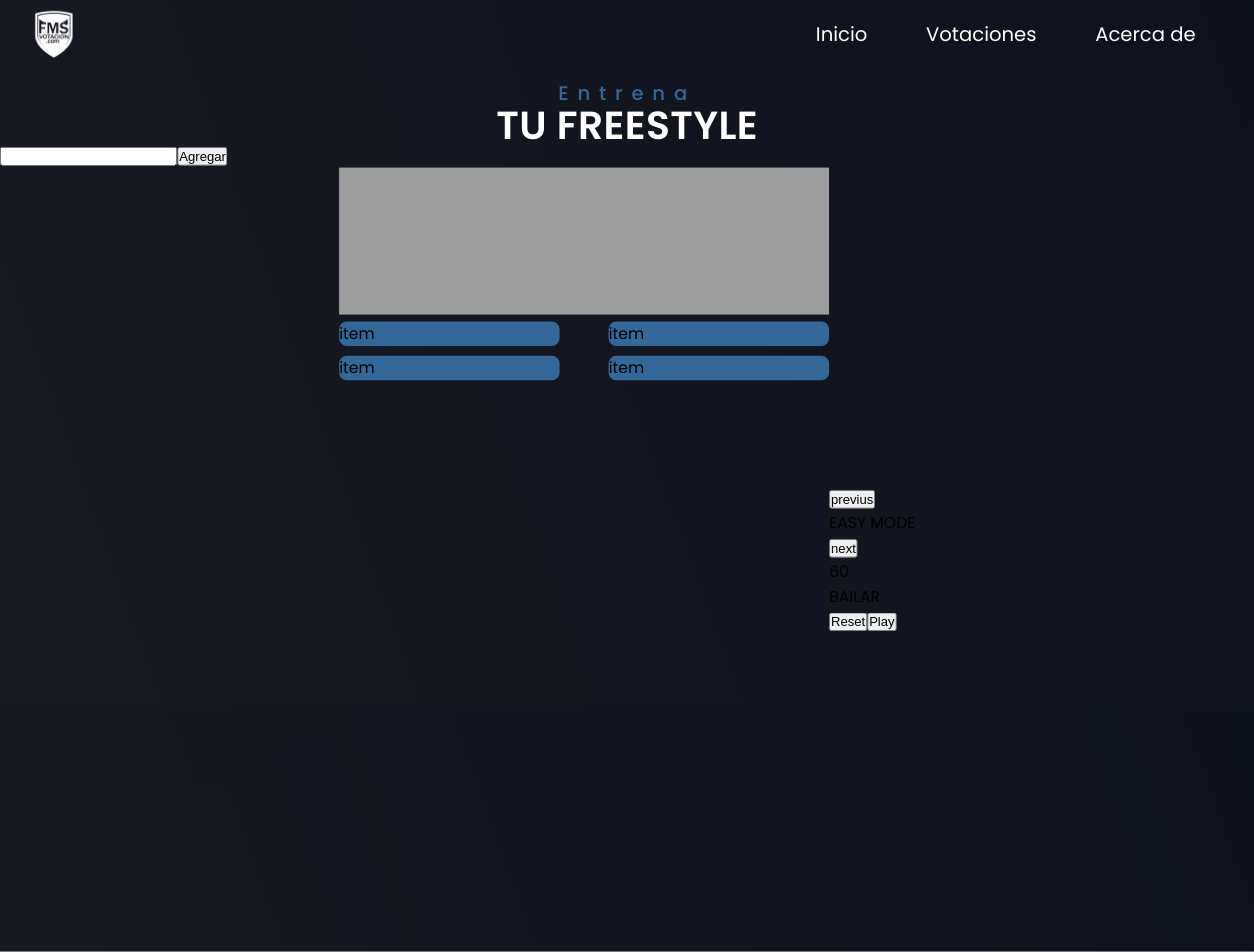
Repository: ezegonzalez912/fmsvotacion2
Page: /practice
These files come from the project's save history. The page is drawn as it stood at one moment and after a run of saves; the edit follows.
The browser window is 1280 px wide. The pictures show the whole page, at 98% of full size.
Pictures or frames that could not be fetched are drawn as grey boxes. The page's requests for data from a server got no answer. The project was rebuilt for these pictures with package versions that can differ from the ones it lists, and the page was loaded fresh each time. No one was signed in, and anything a server would have sent is missing. Also part of the build but not shown: src/components/screens/AboutScreen.js, src/components/Error.js, src/components/Apoya.js, src/components/screens/MainScreen.js, src/components/Contexts/CompContext.js, src/helpers/valueCheck.js, src/helpers/valueCheck2.js, src/hooks/useVote.js and 42 more.

Above is the page before, as saved 2021-08-15 00:49:30.

### public/index.html
<!DOCTYPE html>
<html lang="en">
  <head>
    <meta charset="utf-8" />
    <link rel="icon" href="%PUBLIC_URL%/favicon.ico" />
    <meta name="viewport" content="width=device-width, initial-scale=1" />
    <meta name="theme-color" content="#000000" />
    <meta
      name="description"
      content="Vota batallas con formato FMS desde un solo lugar, de manera sencilla, sin la necesesidad de descargar nada.
              COMO VOTAR FMS ARGENTINA CHILE PERU MEXICO COLOMBIA INTERNACIONAL ESPAÑA BNET DESCARGAR COMO VOTAR FMS ONLINE WOS FINAL FMS INTERNACIONAL RED BULL DECIMALES
              2021 2018 FORMATO FMS"
    />
    <link rel="apple-touch-icon" href="%PUBLIC_URL%/logo192.png" />
    <!--
      manifest.json provides metadata used when your web app is installed on a
      user's mobile device or desktop. See https://developers.google.com/web/fundamentals/web-app-manifest/
    -->
    <link rel="manifest" href="%PUBLIC_URL%/manifest.json" />
    <link rel="preconnect" href="https://fonts.googleapis.com">
    <link rel="preconnect" href="https://fonts.gstatic.com" crossorigin>
    <link rel="stylesheet" href="https://cdnjs.cloudflare.com/ajax/libs/animate.css/4.1.1/animate.min.css" />
    <link href="https://fonts.googleapis.com/css2?family=Poppins:wght@100;200;300;400;500;600&display=swap" rel="stylesheet">
    <title>FMS Votación</title>
    <script data-ad-client="ca-pub-5177858250142548" async src="https://pagead2.googlesyndication.com/pagead/js/adsbygoogle.js"></script>
  </head>
  <body>
    <noscript>You need to enable JavaScript to run this app.</noscript>
    <div id="root"></div>
    <!--
      This HTML file is a template.
      If you open it directly in the browser, you will see an empty page.

      You can add webfonts, meta tags, or analytics to this file.
      The build step will place the bundled scripts into the <body> tag.

      To begin the development, run `npm start` or `yarn start`.
      To create a production bundle, use `npm run build` or `yarn build`.
    -->
  </body>
</html>

### src/styles/app.scss
@forward "./settings/main";
@forward "./components/menu";
@forward "./components/mode";
@forward  "./components/subtitles-mode";
@forward "./components/modal";
@forward "./components/navbar";
@forward "./components/screens";
@forward "./components/videoAndVote";
@forward "./components/searchVideo";
@forward "./components/error";
@forward "./components/votedSaveds";
@forward "./components/about";
@forward "./components/apoya";
@forward "./components/practice";
@forward "./settings/settings";

### src/styles/settings/_main.scss
@use "../settings/colors" as c;

body, html{
    background: c.$gradient-primary;
    margin: 0;
    height: auto;
    width: auto;
    box-sizing: border-box;
    font-family: 'Poppins', sans-serif;
}

*{
    margin: 0;
    padding: 0;
    box-sizing: border-box;
}

*::-webkit-scrollbar {
    width: 8px;     /* Tamaño del scroll en vertical */
    height: 8px;    /* Tamaño del scroll en horizontal */
}

*::-webkit-scrollbar-thumb {
    background: rgba(43, 42, 42, 0.267);
    border-radius: 4px;
    box-shadow: 0px 0px 6px rgba(0, 0, 0, 0.315);
}

*::-webkit-scrollbar-track {
    background: c.$dark-primary;
    box-shadow: 0px 0px 6px rgba(0, 0, 0, 0.158);
}

*{
    scroll-behavior: smooth;
}

@media (max-width:280px){
    body, html{
        background: c.$dark-primary;
    }
}

### src/styles/settings/_colors.scss
$primary: #346899;
$secundary: #244463;
// $dark-primary: #1a1a1b;
// $dark-secundary: #242425;
$border: rgba(255, 255, 255, 0.5);
//$gradient-primary: linear-gradient(250.3deg, rgb(24, 24, 24), #242425);
$gradient-primary: linear-gradient(250.3deg, #0E121C, #191A22);
$dark-primary: #16181f;
$dark-secundary: #1d1f25;

### src/styles/settings/_mixins.scss
@use "../settings/colors" as c;

@mixin center($direction) {
    align-items: center;
    display: flex;
    flex-direction: $direction;
    justify-content: center;
}

@mixin input {
    border-style: none;
    outline: none;
    color: white;
    border-radius: 8px;
    font-size: 18px;
    font-weight: 600;
    text-align: center;
    width: 27px;
    height: 27px;
}

@mixin inputNormal {
    border-style: none;
    outline: none;
    cursor: pointer;
    border-radius: 8px;
    font-size: 14px;
    transition: .2s;
}

### src/styles/components/_mode.scss
@use "../settings/colors" as c;
@use "../settings/mixins" as m;

.mode__main{
    display: flex;
    justify-content: space-evenly;
    align-items: center;
    width: 100%;
    height: auto;
    box-sizing: border-box;
    p{
        width: 12%;
        margin: 0;
    }
}

.mode__name{
    @include m.inputNormal;
    cursor: text;
    padding: 3px 0;
    text-align: center;
    background-color: c.$dark-secundary;
    border: 1px solid c.$border;
    color: white;
    width: 17%;
    margin: 0;
    &:focus{
        border: 1px solid c.$primary;
    }
}

.mode__input{
    @include m.input;
    margin: 0 3px;
    background-color: c.$dark-secundary;
}

.mode__input2{
    @include m.input;
    margin: 0 3px 0 10px;
    background-color: c.$dark-secundary;
}

.mode__inputRes{
    @include m.center(column);
}

.mode__checkbox{
    height: 15px;
    margin: 3px 0 0 0;
    color: red;
}

.mode__total{
    @include m.input;
    background-color: c.$dark-secundary;
    color: white;
    margin-left: 10px;
    font-size: 13px;
    width: 35px;
}

.mode__res{
    @include m.center(row)
}

.mode__resultado{
    @include m.center(row);
    justify-content: space-evenly;
    width: 100%;
    p{
        margin: 0 0 5px 0;
    }
    div {
        @include m.center(column);
    }
}

.mode__resultado-subtitle{
    margin: 0;
    color: c.$primary;
    font-weight: 600;
    letter-spacing: .45px;
}

### src/styles/components/_subtitles-mode.scss
@mixin default($padding) {
    display:flex;
    justify-content: flex-end;
    width: 100%;
    text-align: right;
    padding-right: $padding;
    p{
        font-size: 10px;
        font-weight: 300;
        margin-top: 0;
        margin-bottom: 0;
    }
}

.subtitle_4{
    margin-left: 7px;
}
.subtitle_3{
    margin-left: 5px;
}
.subtitle_2{
    margin-left: 4px;
}

.menu__easy-subtitle{
    @include default(72px);
}

.menu__hard-subtitle{
    @include default(83px);
}

.menu__tematica-subtitle{
    @include default(104px);
}

.menu__random-subtitle{
    @include default(60px);
}

.menu__sangre-subtitle{
    @include default(82px);
}

.menu__deluxe-subtitle{
    @include default(22px);
}

### src/styles/components/_modal.scss
@use "../settings/colors" as c;
@use "../settings/mixins" as m;

.modal__main{
    display: none;
    top: 0;
    left: 0;
    position: fixed;
    height: 100%;
    width: 100%;
    background-color: rgba(16, 16, 22, 0.664);
    z-index: 999;
    text-align: center
}

.modal__main-open{
    @include m.center(column);
}

.modal__container{
    @include m.center(column);
    background-color: c.$dark-primary;
    border: 1px solid c.$border;
    border-radius: 8px;
    color: white;
    padding: 20px;
    width: 300px;
    p{
        margin: 0 10px 20px 10px;
    }
    label{
        font-size: 13px;
        display: flex;
        width: 100%;
        padding-left: 10px;
    }
}

@mixin button{
    @include m.inputNormal;
    padding: 8px;
    color: white;
    border: 1px solid c.$border;
    margin: 0 5px;
    background-color: c.$dark-secundary;
}

.modal__button{
    @include button;
    &:hover{
        background-color: c.$primary;
    }
}

.modal__input{
    @include m.inputNormal;
    border: 1px solid c.$border;
    background-color: c.$dark-primary;
    padding: 10px;
    color: white;
    width: 100%;
    margin-bottom: 10px;
    box-sizing: border-box;
    cursor: text;
    &:focus{
        border: 1px solid c.$primary;
    }
}

@media (max-width:300px){
    .modal__container{
        width: 95%;
    }
}

### src/styles/components/_navbar.scss
@use "../settings/colors" as c;
@use "../settings/mixins" as m;

.navBar__cotainer{
    @include m.center(row);
    position: absolute;
    top: 0;
    justify-content: space-between;
    box-sizing: border-box;
    padding: 10px 30px;
    height: 70px;
    width: 100%;
    min-width: 280px;
    box-sizing: border-box;
    z-index: 800;
    a{
        height: 100%;
        z-index: 900;
        img{
            z-index: 900;
            height: 100%;
        }
    }
    .navBar__text{
        a{
            font-size: 20px;
            text-decoration: none;
            color: white;
            padding: 5px 30px;
            transition: .2s;
            &:hover{
                color: c.$primary;
            }
        }
    }
}

.navBar__menu{
    display: none;
    justify-content: center;
    align-items: center;
    z-index: 500;
    height: 50px;
    width: 50px;
    border-radius: 50px;
    transition: .2s;
    &:hover{
      background: c.$primary;
    }
    svg{
        font-size: 35px;
        color: white;
        cursor: pointer;
    }
}

.navBar__menu-list{
    display: none;
    z-index: 400;
    background: c.$dark-secundary;
    box-shadow: 0px 0px 6px rgba(0, 0, 0, 0.315);
    position: absolute;
    top: 0;
    right: 0;
    flex-direction: column;
    box-sizing: border-box;
    width: 100%;
    justify-content: flex-start;
    align-items: center;
    padding-top: 70px;
    a{
        width: 100%;
        text-align: center;
        text-decoration: none;
        color: white;
        padding: 15px 0;
        border-bottom: 1px solid c.$dark-primary;
        transition: .2s;
        &:hover{
            background: c.$dark-primary;
        }
    }
}

@media (max-width:900px){
    .navBar__menu{
        display: flex;
    }
    .navBar__menu-list{
        display: flex;
    }
    .navBar__text{
        display: none;
    }
    .navBar__cotainer{
        padding: 10px 20px;
    }
}
@media (max-width:700px){
    .navBar__cotainer{
        padding: 10px 15px;
    }
}
@media (max-width:600px){
    .navBar__cotainer{
        padding: 10px 10px;
    }
}
@media (max-width:500px){
    .navBar__cotainer{
        padding: 10px 5px;
    }
}

### src/styles/components/_screens.scss
@use "../settings/colors" as c;
@use "../settings/mixins" as m;

.screen__main{
    box-sizing: border-box;
    min-height: 600px;
    min-width: 280px;
    height: 100vh;
    width: 100%;
}

.screen__vote{
    margin-top: 70px;
    width: 100%;
    display: flex;
    justify-content:center;
    align-items: center;
    height: 100vh;
    min-height: 400px;
    min-width: 280px;
}

.vote-window__screen{
    @include m.center(column);
    height: 100vh;
    width: 100%;
}

.about__screen{
    position: relative;
    width: 100%;
    min-height: 100vh;
    height: auto;
    min-width: 280px;
}

.vote-saved__screen{
    min-width: 280px;
    height: auto;
    width: 100%;
    padding-top: 100px;
    padding-bottom: 130px;
    box-sizing: border-box;
    min-height: 100vh;
    @include m.center(column);
    justify-content: flex-start;
    gap: 50px;
    position: relative;
}

.screen__practice{
    padding-top: 80px;
    height: 100vh;
    width: 100%;
}

### src/styles/components/_videoAndVote.scss
@use "../settings/colors" as c;
@use "../settings/mixins" as m;

.videoAndVote__main{
    width: 100%;
    height: 100vh;
    display: flex;
    flex-direction: column;
    justify-content: center;
    align-items: center;
    gap: 5px;
    padding: 5px;
}

.video-player{
    width: 100%;
    height: 100%;
    iframe{
        border-radius: 8px;
    }
}

@media (max-width: 738px){
    .videoAndVote__main{
        padding: 0;
    }
    .video-player{
        iframe{
            border-radius: 0;
        }
    }
    .vote-app__scroll{
        box-sizing: border-box;
        width: 100%;
        overflow-x: scroll;
        overflow-y: hidden;
        min-height: 195px;
        display: flex;
        align-items: flex-start;
        padding: 0 5px;
    }
}

### src/styles/components/_searchVideo.scss
@use "../settings/colors" as c;
@use "../settings/mixins" as m;

.searchVideo__main{
    position: relative;
    @include m.center(column);
    height: 100%;
}

.searchVideo__title{
    @include m.center(column);
    color: white;
    p{
        color: c.$primary;
        font-size: 20px;
        letter-spacing: 0.45em;
    }
    h2{
        letter-spacing: 0.010em;
        font-size: 40px;
        font-weight: 600;
        text-align: center;
        line-height: 110%;
        margin-bottom: 10px;
    }
}

.searchVideo__form{
    display: none;
    border-radius: 20px;
    z-index: 200;
    @include m.center(row);
    box-shadow: 0px 0px 6px rgba(0, 0, 0, 0.315);
    input{
        @include m.inputNormal;
        border-radius: 20px 0 0 20px;
        width: 450px;
        padding: 0 10px;
        height: 40px;
        color: c.$dark-secundary;
        cursor: text;
        background: c.$primary;
        &::placeholder{
            letter-spacing: 0.6px;
            color: c.$dark-secundary;
            font-size: 15px;
        }
    }
    button{
        @include m.inputNormal;
        @include m.center(row);
        background: c.$primary;
        border-left: 1px solid c.$dark-secundary;
        border-radius: 0 20px 20px 0;
        padding: 0 15px;
        height: 40px;
        color: c.$dark-secundary;
        &:hover{
            background: c.$secundary;
        }
    }
}

.searchVideo____ventana{
    @include m.center(row);
    cursor: pointer;
    color: c.$secundary;
    transition: .2s;
    p{
        margin-top: 5px;
        text-decoration: underline;
        font-size: 13px;
    }
    svg{
        font-size: 8px;
        margin-left: 2px;
    }
    &:hover{
        color: c.$primary;
    }
}

.curve{
    position: absolute;
    bottom: 0;
    z-index: 100;
    width: 100%;
    svg{
        path{
            fill: c.$primary;
        }
    }
}

@media (max-width:800px){
    .searchVideo__title{
        h2{
            font-size: 32px;
            line-height: 45px;
        }
        p{
            font-size: 17px;
        }
    }
    .searchVideo____ventana{
        display: none;
    }
}

@media (max-width:600px){
    .searchVideo__main{
        padding:0 30px;
    }
    .searchVideo__form{
        width: 100%;
        input{
            width: 100%;
        }
    }
}

@media (max-width:500px){
    .searchVideo__title{
        h2{
            font-size: 25px;
            line-height: 120%;
            margin-bottom: 5px;
        }
        p{
            font-size: 15px;
        }
    }
}
@media (max-width:400px){
    .searchVideo__title{
        h2{
            font-size: 20px;
            margin-bottom: 5px;
        }
        p{
            font-size: 13px;
        }
    }
    .searchVideo__main{
        padding: 0 15px;
    }
}
@media (max-width:300px){
    .searchVideo__main{
        padding:0 5px;
    }
    .searchVideo__title{
        h2{
            font-size: 17px;
            margin: 3px 0 15px 0;
        }
        p{
            font-size: 11px;
        }
    }
}

### src/styles/components/_error.scss
@use "../settings/colors" as c;
@use "../settings/mixins" as m;

.searchVideo__ventana{
    @include m.center(row);
    width: 100%;
}

.error__container{
    z-index: 900;
    @include m.center(row);
    position: absolute;
    width: 390px;
    padding: 5px 10px 10px 10px;
    top: 5vh;
    background: white;
    border-radius: 20px;
    box-shadow: 3px 3px 6px rgba(0, 0, 0, 0.315);
    svg{
        color: rgb(214, 97, 76);
        font-size: 60px;
        margin-right: 10px;
    }
    h2{
        color: c.$primary;
        font-size: 20px;
    }
    p{
        font-size: 14px;
    }
}

@media (max-width:800px){
    .error__container{
        width: 340px;
        padding: 5px 8px 8px 8px;
        svg{
            font-size: 60px;
            margin-right: 10px;
        }
        h2{
            font-size: 16px;
        }
        p{
            font-size: 12px;
        }
    }
}

@media (max-width:390px){
    .error__container{
        width: 90%;
        svg{
            font-size: 50px;
            margin-right: 5px;
        }
        h2{
            font-size: 14px;
        }
        p{
            font-size: 11.5px;
        }
    }
}

### src/styles/components/_about.scss
@use "../settings/colors" as c;
@use "../settings/mixins" as m;

.about__main{
    @include m.center(column);
    align-items: flex-start;
    width: 100%;
    height: 100%;
    padding: 100px;
    padding-bottom: 150px;
    box-sizing: border-box;
    h1{
        color: white;
    }
}

.about__title{
    margin-bottom: 10px;
    h2{
        letter-spacing: 0.010em;
        font-size: 40px;
        font-weight: 600;
        text-align: center;
        line-height: 90%;
        color: white;
    }
    p{
        color: c.$primary;
        font-size: 20px;
        letter-spacing: 0.45em;
        font-weight: 500;
    }
}

.about__info{
    color: white;
    margin-bottom: 20px;
    max-width: 800px;
    h1{
        font-size: 18px;
        font-weight: 500;
    }
    p{
        font-size: 14px;
        font-weight: 300;
        a{
            color: c.$primary;
            &hover{
                color: c.$secundary;
            }
        }
    }
}

@media (max-width:700px){
    .about__main{
        padding-right: 40px;
        padding-left: 40px;
    }
    .about__title{
        h2{
            font-size: 30px;
        }
        p{
            font-size: 17px;
        }
    }
    .about__info{
        h1{
            font-size: 15px;
        }
        p{
            font-size: 13px;
        }
    }
}

@media (max-width:500px){
    .about__main{
        padding-right: 15px;
        padding-left: 15px;
    }
    .about__title{
        h2{
            font-size: 28px;
        }
        p{
            font-size: 15px;
        }
    }
    .about__info{
        h1{
            font-size: 13px;
        }
        p{
            font-size: 11px;
        }
    }
}
@media (max-width:400px){
    .about__main{
        padding-right: 10px;
        padding-left: 10px;
    }
    .about__title{
        h2{
            font-size: 24px;
        }
    }
}

### src/styles/components/_apoya.scss
@use "../settings/colors" as c;
@use "../settings/mixins" as m;

.apoya__main{
    position: absolute;
    background-color: c.$dark-secundary;
    border: 1px solid c.$border;
    border-radius: 8px;
    width: 285px;
    padding: 5px;
    bottom: 10px;
    right: 10px;
    box-shadow: 1px 1px 6px rgba(0, 0, 0, 0.315);
    h1{
        font-size: 14px;
        font-weight: 500;
        color: c.$primary;
    }
    p{
        font-size: 13px;
        padding-right: 10px;
        font-weight: 300;
        color: c.$dark-primary;
        color: white;
        span{
            color: c.$primary;
            text-decoration: underline;
            cursor: pointer;
            &:hover{
                color: c.$secundary;
            }
        }
    }
    z-index: 900;
}

.apoya__title{
    @include m.center(row);
    justify-content: space-between;
    svg{
        cursor: pointer;
        color: white;
        font-size: 15px;
    }
}

### src/styles/components/_practice.scss
@use "../settings/colors" as c;
@use "../settings/mixins" as m;

.practice__main{
    @include m.center(row);
    flex-wrap: wrap;
}

.practice__select-video{
    width: 500px;
    height: 800px;
    iframe{
        width: 100%;
    }
}

.practice__video-list{
    @include m.center(row);
    flex-wrap: wrap;
    gap: 10px 0;
    justify-content: space-between;
}

.video-list-item{
    background: c.$primary;
    border-radius: 8px;
    width: 45%;
}

### src/styles/settings/_settings.scss
@use "../settings/colors" as c;

.opacity-0{
    opacity: 0;
}

.dsp-none{
    display: none;
}

.pd-0{
    padding: 0;
}

.cursor-p{
    cursor: pointer;
}

.color-primary{
    color: c.$primary;
}

.f-w800{
    font-weight: 800;
}

.title-ppl{
    letter-spacing: 0.010em;
    font-size: 40px;
    font-weight: 600;
    text-align: center;
    line-height: 90%;
    color: white;
}

.title-scy{
    text-align: center;
    color: c.$primary;
    font-size: 20px;
    letter-spacing: 0.45em;
    font-weight: 500;
}

@media (max-width:800px){
    .title-ppl{
        font-size: 30px
    }
    .title-scy{
        font-size: 15px;
    }
}

Loaded but not shown: src/components/screens/PracticeScreen.js (40 lines, source omitted); src/routers/AppRouter.js (33 lines, source omitted); src/components/NavBar.js (35 lines, source omitted); src/index.js (24 lines, source omitted); src/components/Contexts/StartContext.js (22 lines, source omitted); src/App.js (8 lines, source omitted); src/styles/components/_votedSaveds.scss (245 lines, source omitted); src/styles/components/_menu.scss (183 lines, source omitted)

After the next 2 saves:
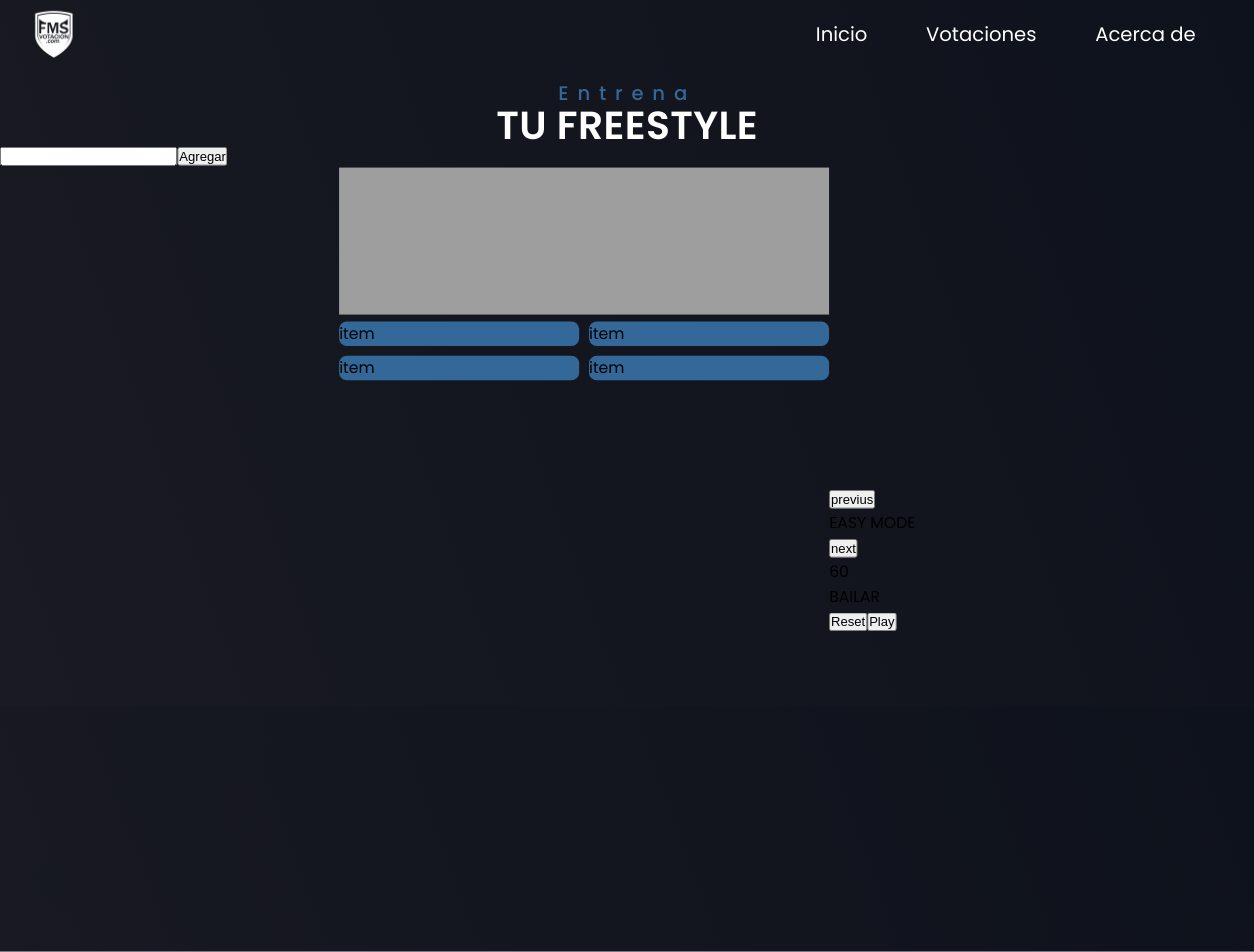
The 2 saves are shown as one change because they came seconds apart.
The last was saved 7 s later.
--- a/src/styles/components/_practice.scss
+++ b/src/styles/components/_practice.scss
@@ -24,5 +24,5 @@
 .video-list-item{
     background: c.$primary;
     border-radius: 8px;
-    width: 45%;
+    width: 49%;
 }
